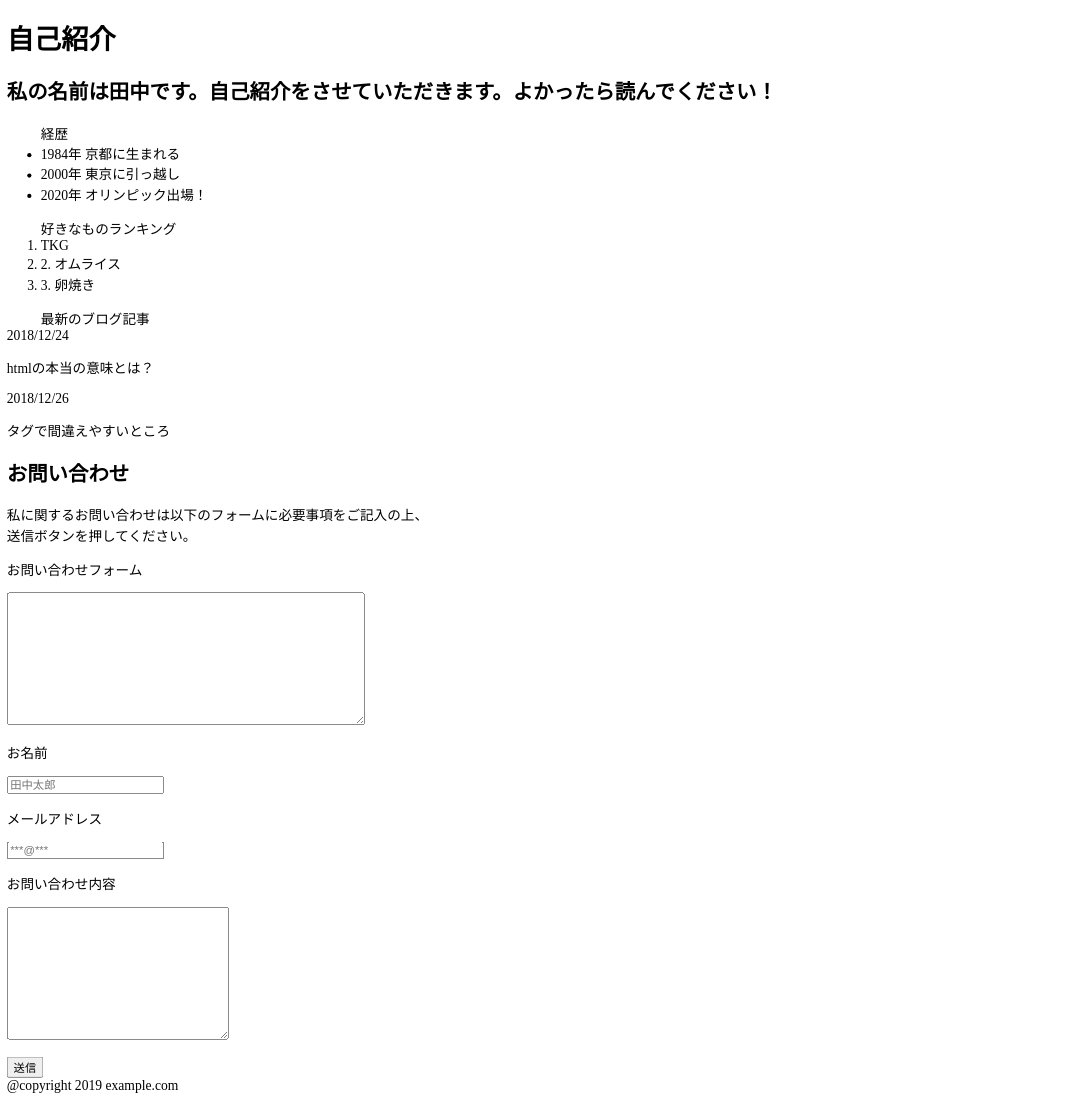
Repository: wairoku/suretigai1
Page: jack.html
The author's editor kept a copy of each file at every save. The page is drawn from the files as they stood at one save, then again after the next save.
The browser window is 1280 px wide. The pictures show the whole page, at 85% of full size.

Above is the page before, as saved 2019-01-02 20:19:44.

After the next save:
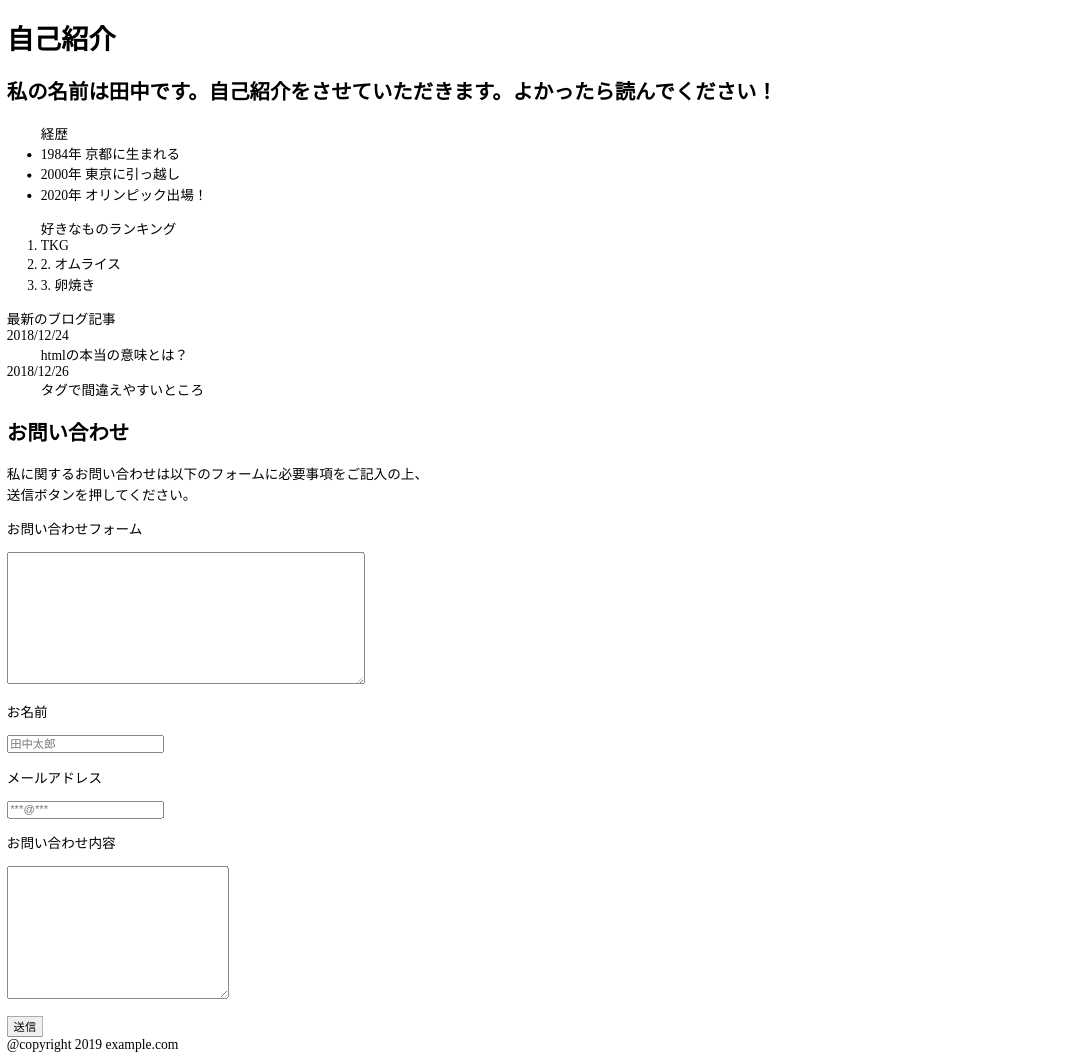
Saved 62 s later.
--- a/jack.html
+++ b/jack.html
@@ -21,12 +21,12 @@
 </ol>
 
 
-<dd>最新のブログ記事
+<dl>最新のブログ記事
 <dt>2018/12/24<dt>
-    <dl>htmlの本当の意味とは？</dl>
+    <dd>htmlの本当の意味とは？</dd>
 <dt>2018/12/26<dt>
-    <dl>タグで間違えやすいところ</dl>
-</dd>
+    <dd>タグで間違えやすいところ</dd>
+</dl>
 
 
 
